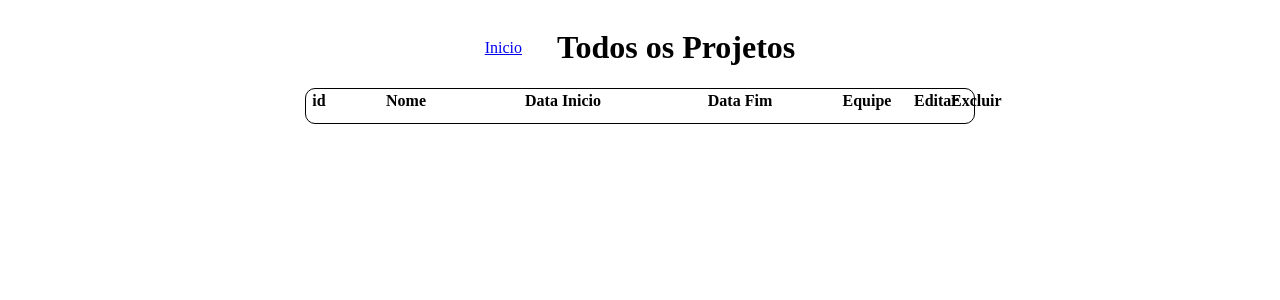
Repository: OmagnetFirel/basico-javaweb
Page: http://localhost/DEVManager/ListarTodosProjetos?np=/read/listarProjetos.jsp
An editor plug-in stored every save of this project. The page is shown before and after the next save, followed by the edit.
The browser window is 1280 px wide. The pictures show the whole page.
The page is served by Tomcat 9. Other server files are loaded and not shown. Queries for data that is not in the repository find no rows.

Above is the page before, as saved 2023-04-23 20:19:21.

### DEVManager/src/main/webapp/read/listarProjetos.jsp
<%@ page language="java" contentType="text/html; charset=ISO-8859-1"
    pageEncoding="ISO-8859-1"%>
    <%@ taglib uri="http://java.sun.com/jsp/jstl/core" prefix="c" %>
<!DOCTYPE html>
<html>
<head>
<meta charset="ISO-8859-1">
<title>DM - Todos os projetos</title>
</head>
<body  style="display:flex; justify-content:center; align-items:center; flex-direction:column;">
	<div style="display:flex; justify-content:center; align-items:center; column-gap: 35px">
		<a href="index.html">Inicio</a>
		<h1>Todos os Projetos</h1>
	</div>

	<table  style="flex:1; border: 1px solid black; border-radius: 10px;">
		<tr style="margin-bottom:10px; display:flex; flex-direction:row; column-gap: 15px;">
			<th style="width:20px">id</th>
			<th style="width:120px">Nome</th>
			<th style="width:160px">Data Inicio</th>
			<th style="width:160px">Data Fim</th>
			<th style="width:60px">Equipe</th>
			<th style="width:20px">Editar</th>
			<th style="width:20px">Excluir</th>
		</tr>
		<c:forEach var="projeto" items="${projetos}">
			<tr style="margin-bottom:5px; display:flex; flex-direction:row; column-gap: 15px; border-bottom: 1px solid blue;">
				<td style="width:20px">
					${projeto.id}
				</td>
				<td style="width:60px">
					${projeto.nome}
				</td>
				<td style="width:30px">
					${projeto.dataInicio}
				</td>
				<td style="width:30px">
					${projeto.dataFim}
				</td>
				<td style="width:40px">
					${projeto.equipe.nome}
				</td>
				<td style="background-color:#fffec8; width:20px">
					<a href="../PreparaEditarProjeto?id=${projeto.id}" >
						editar
					</a>
				</td>
				<td style="background-color:#ffcccb; width:20px">
					<a href="../PreparaEditarProjeto?id=${projeto.id}" >
						excluir
					</a>
				</td>
			</tr>
		</c:forEach>
	</table>
</body>
</html>

### DEVManager/src/main/java/br/devmanager/controller/ListarTodosProjetos.java
package br.devmanager.controller;

import java.io.IOException;
import java.sql.SQLException;
import java.util.List;

import javax.servlet.RequestDispatcher;
import javax.servlet.ServletException;
import javax.servlet.annotation.WebServlet;
import javax.servlet.http.HttpServlet;
import javax.servlet.http.HttpServletRequest;
import javax.servlet.http.HttpServletResponse;

import br.devmanager.dao.ProjetoDao;
import br.devmanager.model.Projeto;


@WebServlet("/ListarTodosProjetos")
public class ListarTodosProjetos extends HttpServlet {
	private static final long serialVersionUID = 1L;

    public ListarTodosProjetos() {
        super();
    }


	protected void doGet(HttpServletRequest request, HttpServletResponse response) throws ServletException, IOException {
		ProjetoDao pjDAO = new ProjetoDao();
		List<Projeto> projetos = null;
		try {
			projetos = pjDAO.buscarTodos();
		} catch (SQLException e) {
			e.printStackTrace();
		}

		String np = request.getParameter("np");
		request.setAttribute("projetos", projetos);
		RequestDispatcher rd = request.getRequestDispatcher(np);
		rd.forward(request, response);
	}


	protected void doPost(HttpServletRequest request, HttpServletResponse response) throws ServletException, IOException {
		doGet(request, response);
	}

}

### DEVManager/src/main/java/br/devmanager/dao/ProjetoDao.java
package br.devmanager.dao;
import java.util.List;
import java.util.ArrayList;
import java.sql.Connection;
import java.sql.PreparedStatement;
import java.sql.ResultSet;
import java.sql.SQLException;

import br.devmanager.model.Projeto;

public class ProjetoDao {
	private Connection con = null;

	public ProjetoDao() {
		con = ConnectionFactory.getConnection();
	}

	public void adicionar(Projeto projeto) throws SQLException {
		String sql = "insert into projeto(nome, data_inicio, data_fim, equipe_id) values (?,?,?,?)";
		PreparedStatement stmt = con.prepareStatement(sql);

		java.sql.Date data_inicio_Convertida = null;
		try {
			data_inicio_Convertida = new java.sql.Date(projeto.getDataInicio().getTime());
		}catch (Exception e) {
			// TODO: handle exception
		}

		java.sql.Date data_fim_Convertida = null;
		try {
			data_fim_Convertida = new java.sql.Date(projeto.getDataFim().getTime());
		}catch (Exception e) {
			// TODO: handle exception
		}
		stmt.setString(1, projeto.getNome());
		stmt.setDate(2, data_inicio_Convertida);
		stmt.setDate(3, data_fim_Convertida);
		stmt.setInt(4, projeto.getEquipe().getId());

		stmt.execute();
		stmt.close();
		con.close();
	}

	public Projeto buscarUm(int id) throws SQLException{

		String sql = "select id, nome, data_inicio, data_fim, equipe_id from projeto where id=?";
		PreparedStatement stmt = con.prepareStatement(sql);
		stmt.setInt(1, id);
		ResultSet rs = stmt.executeQuery();

		Projeto projeto = null;

		if(rs.next()) {
			try {
				EquipeDao equipeDao = new EquipeDao();


				projeto = new Projeto(
						rs.getInt("id"),
						rs.getString("nome"),
						rs.getDate("data_inicio"),
						rs.getDate("data_fim"),
						equipeDao.buscarUm(rs.getInt("equipeId"))
						);
			}catch (Exception e) {
				System.out.println("Error: " + e);
			}
		} else {
			System.out.println("Não foi encontrado nem um proje com o id: " + id);
		}
		stmt.close();
		con.close();

		return projeto;

	}

	public List<Projeto> buscarTodos() throws SQLException {
		String sql = "select id, nome, data_inicio, data_fim, equipe_id from projeto";
		PreparedStatement stmt = con.prepareStatement(sql);
		ResultSet rs = stmt.executeQuery();

		List<Projeto> projetos = new ArrayList<Projeto>();
		while(rs.next()) {
			EquipeDao equipeDao = new EquipeDao();

			Projeto projeto = new Projeto(
					rs.getInt("id"),
					rs.getString("nome"),
					rs.getDate("data_inicio"),
					rs.getDate("data_fim"),
					equipeDao.buscarUm(rs.getInt("equipe_id"))
					);

			projetos.add(projeto);
		}

		return projetos;
	}

	public void atualizarDados(Projeto projeto) throws SQLException{
		String sql = "update projeto set"
				+ "nome = ?"
				+ "data_inicio = ?"
				+ "data_fim = ?"
				+ "equipe_id = ?";

		PreparedStatement stmt = con.prepareStatement(sql);

		java.sql.Date data_inicio_Convertida = null;
		try {
			data_inicio_Convertida = new java.sql.Date(projeto.getDataInicio().getTime());
		}catch (Exception e) {
			System.out.println("Erro ao converter data: " + e);
		}

		java.sql.Date data_fim_Convertida = null;
		try {
			data_fim_Convertida = new java.sql.Date(projeto.getDataFim().getTime());
		}catch (Exception e) {
			System.out.println("Erro ao converter data: " + e);
		}

		stmt.setString(1, projeto.getNome());
		stmt.setDate(2, data_inicio_Convertida);
		stmt.setDate(3, data_fim_Convertida);
		stmt.setInt(4, projeto.getEquipe().getId());

		stmt.execute();
		stmt.close();

		con.close();
	}
}

### DEVManager/src/main/java/br/devmanager/dao/ConnectionFactory.java
package br.devmanager.dao;

import java.sql.Connection;
import java.sql.DriverManager;
import java.sql.SQLException;

public class ConnectionFactory {

	public static Connection getConnection() {

		try {
			Class.forName("com.mysql.cj.jdbc.Driver");
		} catch (ClassNotFoundException e1) {
			// TODO Auto-generated catch block
			e1.printStackTrace();
		}


		try {
			return DriverManager.getConnection("jdbc:mysql://localhost:3306/db_star"
					,"root",
					"");
		} catch (SQLException e) {
			System.out.println("trolei aqui");
			e.printStackTrace();
		}
		return null;
	}
}

After the next save:
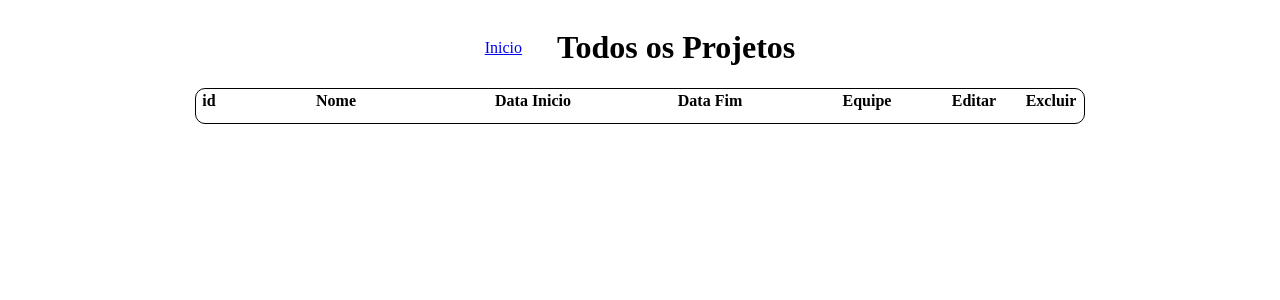
Saved 59 s later.
--- a/DEVManager/src/main/webapp/read/listarProjetos.jsp
+++ b/DEVManager/src/main/webapp/read/listarProjetos.jsp
@@ -16,36 +16,36 @@
 	<table  style="flex:1; border: 1px solid black; border-radius: 10px;">
 		<tr style="margin-bottom:10px; display:flex; flex-direction:row; column-gap: 15px;">
 			<th style="width:20px">id</th>
-			<th style="width:120px">Nome</th>
+			<th style="width:200px">Nome</th>
 			<th style="width:160px">Data Inicio</th>
 			<th style="width:160px">Data Fim</th>
-			<th style="width:60px">Equipe</th>
-			<th style="width:20px">Editar</th>
-			<th style="width:20px">Excluir</th>
+			<th style="width:120px">Equipe</th>
+			<th style="width:60px">Editar</th>
+			<th style="width:60px">Excluir</th>
 		</tr>
 		<c:forEach var="projeto" items="${projetos}">
 			<tr style="margin-bottom:5px; display:flex; flex-direction:row; column-gap: 15px; border-bottom: 1px solid blue;">
 				<td style="width:20px">
 					${projeto.id}
 				</td>
-				<td style="width:60px">
+				<td style="width:120px">
 					${projeto.nome}
 				</td>
-				<td style="width:30px">
+				<td style="width:120px">
 					${projeto.dataInicio}
 				</td>
-				<td style="width:30px">
+				<td style="width:1600px">
 					${projeto.dataFim}
 				</td>
-				<td style="width:40px">
+				<td style="width:160px">
 					${projeto.equipe.nome}
 				</td>
-				<td style="background-color:#fffec8; width:20px">
+				<td style="background-color:#fffec8; width:60px">
 					<a href="../PreparaEditarProjeto?id=${projeto.id}" >
 						editar
 					</a>
 				</td>
-				<td style="background-color:#ffcccb; width:20px">
+				<td style="background-color:#ffcccb; width:60px">
 					<a href="../PreparaEditarProjeto?id=${projeto.id}" >
 						excluir
 					</a>
